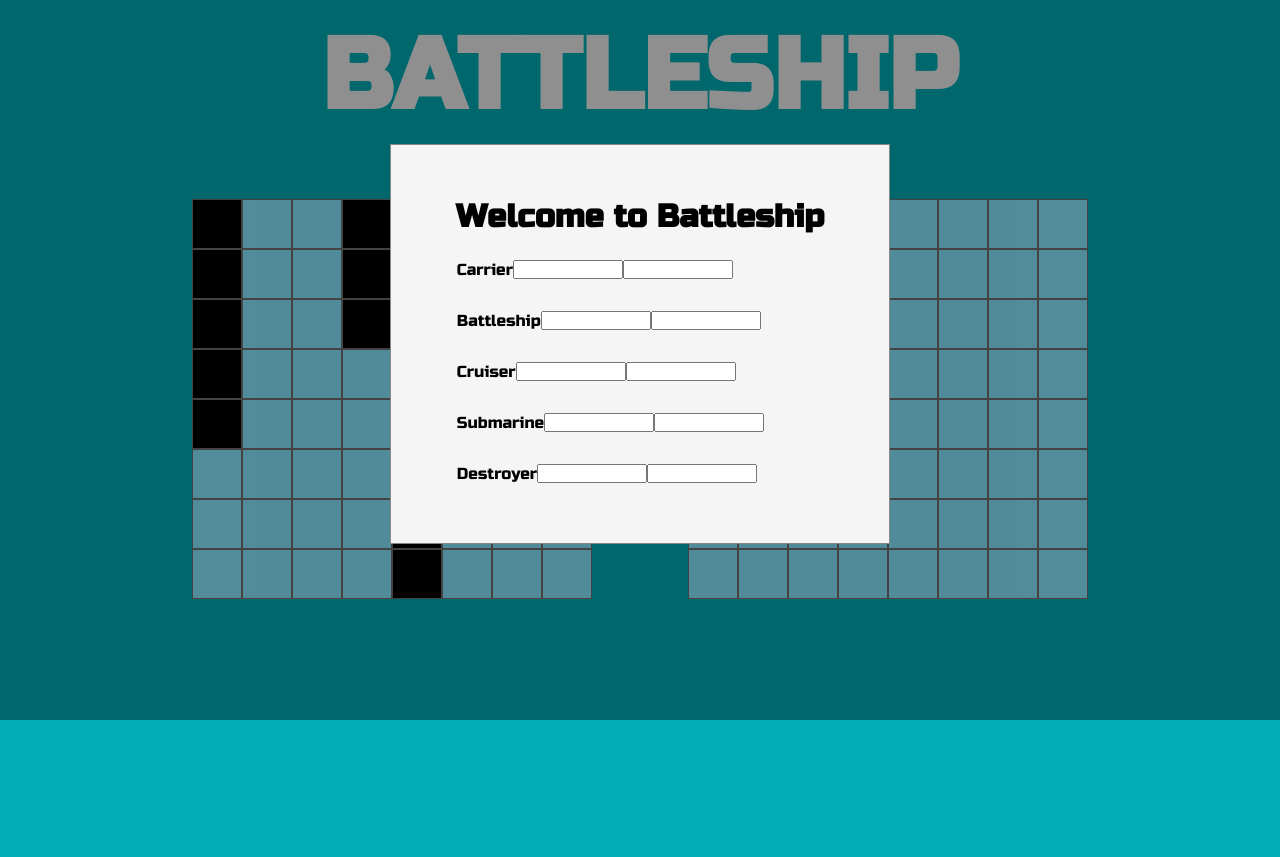
Repository: AzharMoosa/battleship
Page: /
An editor plug-in stored every save of this project. The page is shown before and after the next save, followed by the edit.
The browser window is 1280 px wide. The pictures show the whole page.
The project was rebuilt for these pictures with package versions that can differ from the ones it lists, and the page was loaded fresh each time.

Above is the page before, as saved 2020-07-09 10:13:39.

### src/App.js
import React from "react";
import Header from "./components/Header";
import Board from "./components/Board";
import { PlayersProvider } from "./context/PlayersContext";
import "./App.css";

function App() {
  return (
    <PlayersProvider>
      <div>
        <Header />
        <Board />
      </div>
    </PlayersProvider>
  );
}

export default App;

### src/components/Header.js
import React from "react";

const Header = () => {
  return (
    <div className='header'>
      <h1>Battleship</h1>
    </div>
  );
};

export default Header;

### src/components/Board.js
import React, { useState, Fragment } from "react";
import Square from "./Square";
import PlainSquare from "./PlainSquare";
import Player from "../functions/Player";
import Gameboard from "../functions/Gameboard";
import Overlay from "./Overlay";
import HitMiss from "./HitMiss";
import PlaceShip from "./PlaceShip";
import { v4 as uuidv4 } from "uuid";

const Board = () => {
  // eslint-disable-next-line
  const [player, setPlayer] = useState(Player(false));
  // eslint-disable-next-line
  const [computer, setComputer] = useState(Player(true));
  const [playerBoard, setPlayerBoard] = useState(Gameboard());
  const [computerBoard, setComputerBoard] = useState(Gameboard());
  const [playerTurn, setPlayerTurn] = useState(true);

  const getOutcome = (hit) => {
    let outcome = document.querySelector(".hit-miss-outcome");
    if (hit === true) {
      outcome.innerHTML = "Hit!";
    } else {
      outcome.innerHTML = "Miss!";
    }
  };

  const startGame = () => {
    playerBoard.placeShip(0, 0, player.ships[0], 1);
    playerBoard.placeShip(4, 4, player.ships[1], 1);
    playerBoard.placeShip(3, 0, player.ships[2], 1);
    playerBoard.placeShip(5, 0, player.ships[3], 1);
    playerBoard.placeShip(7, 0, player.ships[4], 1);

    computerBoard.placeShip(0, 0, computer.ships[0], 0);
    computerBoard.placeShip(4, 2, computer.ships[1], 0);
    computerBoard.placeShip(0, 3, computer.ships[2], 0);
    computerBoard.placeShip(3, 5, computer.ships[3], 0);
    computerBoard.placeShip(0, 7, computer.ships[4], 0);
  };

  const getBoardElm = (elm) => {
    if (elm !== "") {
      return "square ship";
    } else {
      return "square";
    }
  };

  const displayModal = (name) => {
    let modal = document.querySelector(".modal");
    let title = document.querySelector(".winner-name");
    let overlay = document.querySelector(".overlay");
    modal.style.display = "block";
    overlay.style.display = "none";
    if (name === "Computer") {
      title.innerHTML = "Computer Wins";
    } else if (name === "Player") {
      title.innerHTML = "Player Wins";
    }
  };

  const resetGame = () => {
    setPlayer(Player(false));
    setComputer(Player(true));
    setPlayerBoard(Gameboard());
    setComputerBoard(Gameboard());
    setPlayerTurn(true);
    let modal = document.querySelector(".modal");
    let overlay = document.querySelector(".overlay");
    let outcome = document.querySelector(".hit-miss-outcome");
    modal.style.display = "none";
    overlay.style.display = "grid";
    outcome.innerHTML = "";
  };

  const gameOver = () => {
    if (playerBoard.allShipSunk(player.ships)) {
      displayModal("Computer");
    } else if (computerBoard.allShipSunk(computer.ships)) {
      displayModal("Player");
    }
  };

  const attackComputer = (e) => {
    if (playerTurn === true) {
      let updatedBoard = computerBoard;
      // Get Coord
      let coords = e.target.id.split(",");
      let x = coords[1];
      let y = coords[0];
      player.attackEnemy(updatedBoard, parseInt(x), parseInt(y));
      if (computerBoard.grid[x][y] === "") {
        e.target.classList.add("ship-miss");
        getOutcome(false);
      } else {
        e.target.classList.add("ship-hit");
        getOutcome(true);
      }
      setComputerBoard(updatedBoard);
      setPlayerTurn(false);
    }
    computerTurn();
  };

  const computerTurn = () => {
    if (playerTurn === true) {
      let updatedBoard = playerBoard;
      let randomCoords = computer.getRandomCoords();
      let square = document.getElementById(randomCoords);
      let coords = randomCoords.split(",");
      let x = coords[1];
      let y = coords[0];
      computer.computerAttack(updatedBoard, x, y);
      if (playerBoard.grid[x][y] === "") {
        square.classList.add("ship-miss");
      } else {
        square.classList.add("ship-hit");
      }
      gameOver();
      setPlayerBoard(updatedBoard);
      setPlayerTurn(true);
    }
  };

  return (
    <Fragment>
      <PlaceShip />
      <div className='container'>
        <HitMiss />
        <div className='game-boards'>
          {startGame()}
          <div className='game-board'>
            {playerBoard.grid.map((col, j) =>
              col.map((elm, i) => (
                <Square
                  key={uuidv4()}
                  elm={elm}
                  getBoardElm={getBoardElm}
                  id={`${i},${j}`}
                />
              ))
            )}
          </div>

          <div className='comp'>
            <div className='game-board comp-board'>
              {computerBoard.grid.map((col, j) =>
                col.map((elm, i) => (
                  <Square
                    key={uuidv4()}
                    elm={elm}
                    getBoardElm={getBoardElm}
                    attackComputer={attackComputer}
                    id={`${i},${j}`}
                  />
                ))
              )}
            </div>
            <div className='overlay game-board'>
              {computerBoard.grid.map((col, j) =>
                col.map((elm, i) => <PlainSquare key={uuidv4()} />)
              )}
            </div>
          </div>
        </div>
        <Overlay resetGame={resetGame} />
      </div>
    </Fragment>
  );
};

export default Board;

### src/context/PlayersContext.js
import React, { useState, createContext } from "react";
import Player from "../functions/Player";
import Gameboard from "../functions/Gameboard";

export const PlayersContext = createContext();

export const PlayersProvider = (props) => {
  const [players, usePlayers] = useState([
    // Player
    {
      player: Player(false),
      board: Gameboard(),
    },
    // Computer
    {
      player: Player(true),
      board: Gameboard(),
    },
  ]);

  return (
    <PlayersContext.Provider value={[players, usePlayers]}>
      {props.children}
    </PlayersContext.Provider>
  );
};

### src/App.css
@import url("https://fonts.googleapis.com/css2?family=Russo+One&display=swap");

:root {
  --bg-primary: #00adb5;
  --bg-light: #eeeeee;
  --bg-dark: #222831;
}

* {
  margin: 0;
  padding: 0;
  box-sizing: border-box;
}

body {
  font-family: "Russo One", sans-serif;
  background-color: var(--bg-primary);
}

.header {
  text-align: center;
}

.header h1 {
  color: var(--bg-light);
  font-size: 100px;
  text-transform: uppercase;
  margin-top: 1rem;
}

.game-boards {
  display: flex;
  align-items: center;
  justify-content: space-between;
  width: 70%;
  height: 55vh;
  margin: 3rem auto;
}

.game-board {
  display: grid;
  grid-template-columns: repeat(8, 1fr);
  width: 400px;
  height: 400px;
}

.square {
  border: 1px solid #707070;
  background-color: rgb(136, 231, 255);
  width: 50px;
  height: 50px;
  pointer-events: auto !important;
  cursor: pointer;
}

.plain-square {
  border: 1px solid #707070;
  background-color: rgb(136, 231, 255);
  width: 50px;
  height: 50px;
  pointer-events: none !important;
  cursor: pointer;
}

.ship {
  background-color: #000;
}

.ship-hit {
  background-color: rgb(255, 77, 77) !important;
  pointer-events: none !important;
}

.ship-miss {
  background-color: #fff !important;
  pointer-events: none !important;
}

.comp {
  display: grid;
}

.comp-board,
.overlay {
  grid-area: 1 / 1;
}

.container {
  display: flex;
  flex-direction: column;
  height: 100vh;
}

.overlay {
  pointer-events: none;
}

.start {
  /* display: none; */
  position: fixed;
  z-index: 1;
  left: 0;
  top: 0;
  width: 100%;
  height: 100%;
  background-color: rgb(0, 0, 0);
  background-color: rgba(0, 0, 0, 0.4);
}

.start-content {
  background-color: #f5f5f5;
  margin: 20vh auto;
  padding: 20px;
  border: 1px solid #888;
  width: 500px;
  height: 400px;
  display: flex;
  flex-direction: column;
  align-items: center;
  justify-content: center;
}

.coord-inputs {
  display: flex;
  align-items: center;
  width: 80%;
  margin-top: 1rem;
}

.coord-input {
  margin: 0.5rem 0;
  width: 30%;
}

.modal {
  display: none;
  position: fixed;
  z-index: 1;
  left: 0;
  top: 0;
  width: 100%;
  height: 100%;
  background-color: rgb(0, 0, 0);
  background-color: rgba(0, 0, 0, 0.4);
}

.modal-content-results {
  background-color: #f5f5f5;
  margin: 30vh auto;
  padding: 20px;
  border: 1px solid #888;
  width: 400px;
  height: 200px;
  display: flex;
  flex-direction: column;
  align-items: center;
  justify-content: center;
}

.winner-name {
  text-align: center;
  margin-bottom: 2rem;
  font-size: 40px;
}

.btn-primary {
  background-color: var(--bg-dark);
  color: #fff;
  width: 150px;
  height: 50px;
  font-size: 20px;
  border: none;
  outline: none;
  font-family: "Russo One", sans-serif;
  border-radius: 20px;
  cursor: pointer;
}

.hit-miss {
  display: flex;
  align-items: center;
  justify-content: center;
  margin-top: 1rem;
}

.hit-miss-outcome {
  color: #fff;
  font-size: 50px;
}

@media (min-width: 1700px) {
  .game-boards {
    height: 70vh;
    width: 80%;
  }

  .game-board {
    width: 650px;
    height: 650px;
  }

  .square,
  .plain-square {
    width: 81.25px;
    height: 81.25px;
  }
}

@media (max-width: 1200px) {
  .game-boards {
    height: 70vh;
    width: 80%;
    display: flex;
    flex-direction: column;
  }

  .game-board {
    width: 500px;
    height: 500px;
  }

  .comp {
    margin-top: 3rem;
  }

  .square,
  .plain-square {
    width: 62.5px;
    height: 62.5px;
  }
}

@media (max-width: 768px) {
  .header h1 {
    font-size: 60px;
  }

  .game-boards {
    width: 80%;
    display: flex;
    flex-direction: column;
  }

  .game-board {
    width: 400px;
    height: 400px;
  }

  .comp {
    margin-top: 3rem;
  }

  .square,
  .plain-square {
    width: 50px;
    height: 50px;
  }
}

@media (max-width: 414px) {
  .header h1 {
    font-size: 40px;
  }

  .game-boards {
    width: 70%;
    display: flex;
    flex-direction: column;
  }

  .game-board {
    width: 300px;
    height: 300px;
  }

  .comp {
    margin-top: 3rem;
  }

  .square,
  .plain-square {
    width: 37.5px;
    height: 37.5px;
  }

  .modal-content-results {
    width: 300px;
  }

  .winner-name {
    font-size: 35px;
  }

  .btn-primary {
    background-color: var(--bg-dark);
    color: #fff;
    width: 150px;
    height: 50px;
    font-size: 20px;
    border: none;
    outline: none;
    font-family: "Russo One", sans-serif;
    border-radius: 20px;
    cursor: pointer;
  }
}

@media (max-width: 375px) {
  .header h1 {
    font-size: 35px;
  }

  .game-boards {
    width: 70%;
    display: flex;
    flex-direction: column;
  }

  .game-board {
    width: 280px;
    height: 280px;
  }

  .comp {
    margin-top: 3rem;
  }

  .square,
  .plain-square {
    width: 35px;
    height: 35px;
  }
}

@media (max-width: 320px) {
  .modal-content-results {
    width: 250px;
  }

  .winner-name {
    font-size: 30px;
  }
}

### src/components/Square.js
import React from "react";

const Square = ({ elm, attackComputer, getBoardElm, id }) => {
  return (
    <div className={getBoardElm(elm)} id={id} onClick={attackComputer}></div>
  );
};

export default Square;

### src/components/PlainSquare.js
import React from "react";

const PlainSquare = () => {
  return <div className='plain-square'></div>;
};

export default PlainSquare;

### src/functions/Player.js
import Ship from "./Ship";

const Player = (ai) => {
  let previousShots = [];

  // Create Ships
  let carrier = Ship("Carrier", 5);
  let battleship = Ship("Battleship", 4);
  let cruiser = Ship("Cruiser", 3);
  let submarine = Ship("Submarine", 3);
  let destroyer = Ship("Destroyer", 2);
  let ships = [carrier, battleship, cruiser, submarine, destroyer];

  const attackEnemy = (enemyBoard, x, y) => {
    if (!previousShots.includes([x, y])) {
      enemyBoard.receiveAttack(x, y);
      previousShots.push([parseInt(x), parseInt(y)]);
      return true;
    }
    return false;
  };

  const checkCoord = (x, y) => {
    previousShots.forEach((coords) => {
      if (
        parseInt(coords[1]) === parseInt(x) &&
        parseInt(coords[0]) === parseInt(y)
      ) {
        return true;
      }
    });
    return false;
  };

  const getRandomCoords = (gameboard) => {
    let maximum = 7;
    let minimum = 0;
    let x = 0;
    let y = 0;

    do {
      x = Math.floor(Math.random() * (maximum - minimum + 1)) + minimum;
      y = Math.floor(Math.random() * (maximum - minimum + 1)) + minimum;
    } while (checkCoord(x, y));
    return `${x},${y}`;
  };

  const computerAttack = (enemyBoard, x, y) => {
    enemyBoard.receiveAttack(x, y);
    previousShots.push([x, y]);
  };

  return { previousShots, ships, attackEnemy, computerAttack, getRandomCoords };
};

export default Player;

### src/functions/Gameboard.js
const Gameboard = () => {
  let previousShots = [];
  const grid = new Array(8).fill("");
  for (let i = 0; i < grid.length; i++) {
    grid[i] = new Array(8).fill("");
  }

  const getGrid = () => {
    return grid;
  };

  const getPreviousShots = () => {
    return previousShots;
  };

  const placeShip = (x, y, ship, orientation) => {
    // Horizontal Orientation = 0
    // Vertical Orientation = 1

    // Check If Ship Fits
    let shipLength = ship.length;

    if (orientation === 0) {
      for (let i = x; i < x + ship.length; i++) {
        if (grid[y][i] !== "" || x + shipLength > 8) {
          return false;
        }
        grid[y][i] = ship;
        ship.setShipCoords(y, i);
      }
    } else if (orientation === 1) {
      for (let i = y; i < y + ship.length; i++) {
        if (grid[i][x] !== "" || y + shipLength > 8) {
          return false;
        }
        grid[i][x] = ship;
        ship.setShipCoords(i, x);
      }
    }
    return true;
  };

  const flatten = (arr) => {
    return arr.join(" |-| ");
  };

  const receiveAttack = (x, y) => {
    // Check if ship is at position
    if (grid[x][y] !== "") {
      let ship = grid[x][y];
      let shipCoords = ship.getShipCoords();
      let arrSearch = shipCoords.map((row) => {
        return flatten(row);
      });
      let pos = arrSearch.indexOf(flatten([x, y]));
      if (!ship.isHit(pos)) {
        ship.hit(pos);
        return true;
      }
    }
    previousShots.push([x, y]);
    return false;
  };

  const allShipSunk = (ships) => {
    for (let i = 0; i < ships.length; i++) {
      if (!ships[i].isSunk()) {
        return false;
      }
    }

    return true;
  };

  return {
    grid,
    previousShots,
    getGrid,
    placeShip,
    receiveAttack,
    getPreviousShots,
    allShipSunk,
  };
};

export default Gameboard;

### src/components/Overlay.js
import React from "react";

const Overlay = ({ resetGame }) => {
  return (
    <div className='modal'>
      <div className='modal-content-results'>
        <h1 className='winner-name'>Player Wins</h1>
        <button className='btn-primary' onClick={resetGame}>
          Restart
        </button>
      </div>
    </div>
  );
};

export default Overlay;

### src/components/HitMiss.js
import React from "react";

const HitMiss = () => {
  return (
    <div className='hit-miss'>
      <h1 className='hit-miss-outcome'>{}</h1>
    </div>
  );
};

export default HitMiss;

### src/components/PlaceShip.js
import React, { useState } from "react";

const PlaceShip = () => {
  const [carrierX, setCarrierX] = useState("");
  const [carrierY, setCarrierY] = useState("");
  const [battleshipX, setBattleshipX] = useState("");
  const [battleshipY, setBattleshipY] = useState("");
  const [cruiserX, setCruiserX] = useState("");
  const [cruiserY, setCruiserY] = useState("");
  const [submarineX, setSubmarineX] = useState("");
  const [submarineY, setSubmarineY] = useState("");
  const [destroyerX, setDestroyerX] = useState("");
  const [destroyerY, setDestroyerY] = useState("");

  return (
    <div className='start'>
      <div className='start-content'>
        <h1>Welcome to Battleship</h1>
        <div className='coord-inputs'>
          <label htmlFor='carrier'>Carrier</label>
          <input
            type='text'
            onChange={(e) => setCarrierX(e.target.value)}
            className='coord-input'
          />
          <input
            type='text'
            onChange={(e) => setCarrierY(e.target.value)}
            className='coord-input'
          />
        </div>
        <div className='coord-inputs'>
          <label htmlFor='battleship'>Battleship</label>
          <input
            type='text'
            onChange={(e) => setBattleshipX(e.target.value)}
            className='coord-input'
          />
          <input
            type='text'
            onChange={(e) => setBattleshipY(e.target.value)}
            className='coord-input'
          />
        </div>
        <div className='coord-inputs'>
          <label htmlFor='cruiser'>Cruiser</label>
          <input
            type='text'
            onChange={(e) => setCruiserX(e.target.value)}
            className='coord-input'
          />
          <input
            type='text'
            onChange={(e) => setCruiserY(e.target.value)}
            className='coord-input'
          />
        </div>
        <div className='coord-inputs'>
          <label htmlFor='submarine'>Submarine</label>
          <input
            type='text'
            onChange={(e) => setSubmarineX(e.target.value)}
            className='coord-input'
          />
          <input
            type='text'
            onChange={(e) => setSubmarineY(e.target.value)}
            className='coord-input'
          />
        </div>
        <div className='coord-inputs'>
          <label htmlFor='destroyer'>Destroyer</label>
          <input
            type='text'
            onChange={(e) => setDestroyerX(e.target.value)}
            className='coord-input'
          />
          <input
            type='text'
            onChange={(e) => setDestroyerY(e.target.value)}
            className='coord-input'
          />
        </div>
      </div>
    </div>
  );
};

export default PlaceShip;

### src/functions/Ship.js
const Ship = (name, length) => {
  // Fills ship with false
  const ship = new Array(length).fill(false);
  let shipCoords = [];

  // Hit
  const hit = (pos) => (ship[pos] = true);

  // If Ship Sunk
  const isSunk = () => {
    return ship.every((v) => v === true);
  };

  const isHit = (pos) => {
    return ship[pos] === true ? true : false;
  };

  // Returns ship
  const getShip = () => {
    return ship;
  };

  const setShipCoords = (x, y) => {
    shipCoords.push([x, y]);
  };

  const getShipCoords = () => {
    return shipCoords;
  };

  return {
    name,
    ship,
    length,
    hit,
    isSunk,
    isHit,
    getShip,
    setShipCoords,
    getShipCoords,
  };
};

export default Ship;

Loaded but not shown: public/index.html (common file); src/index.js (common file)

After the next save:
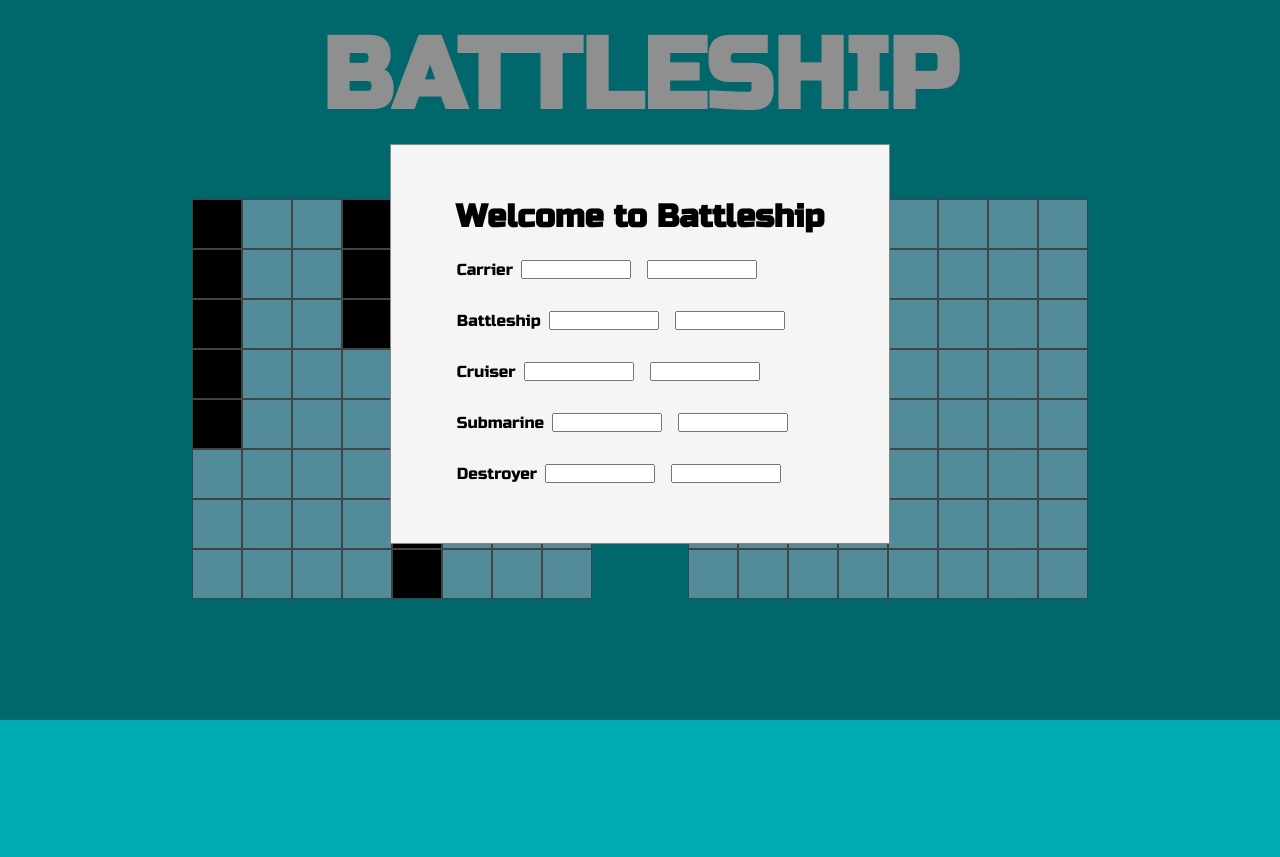
Saved 5 s later.
--- a/src/App.css
+++ b/src/App.css
@@ -128,7 +128,7 @@ body {
 }
 
 .coord-input {
-  margin: 0.5rem 0;
+  margin: 0.5rem;
   width: 30%;
 }
 
